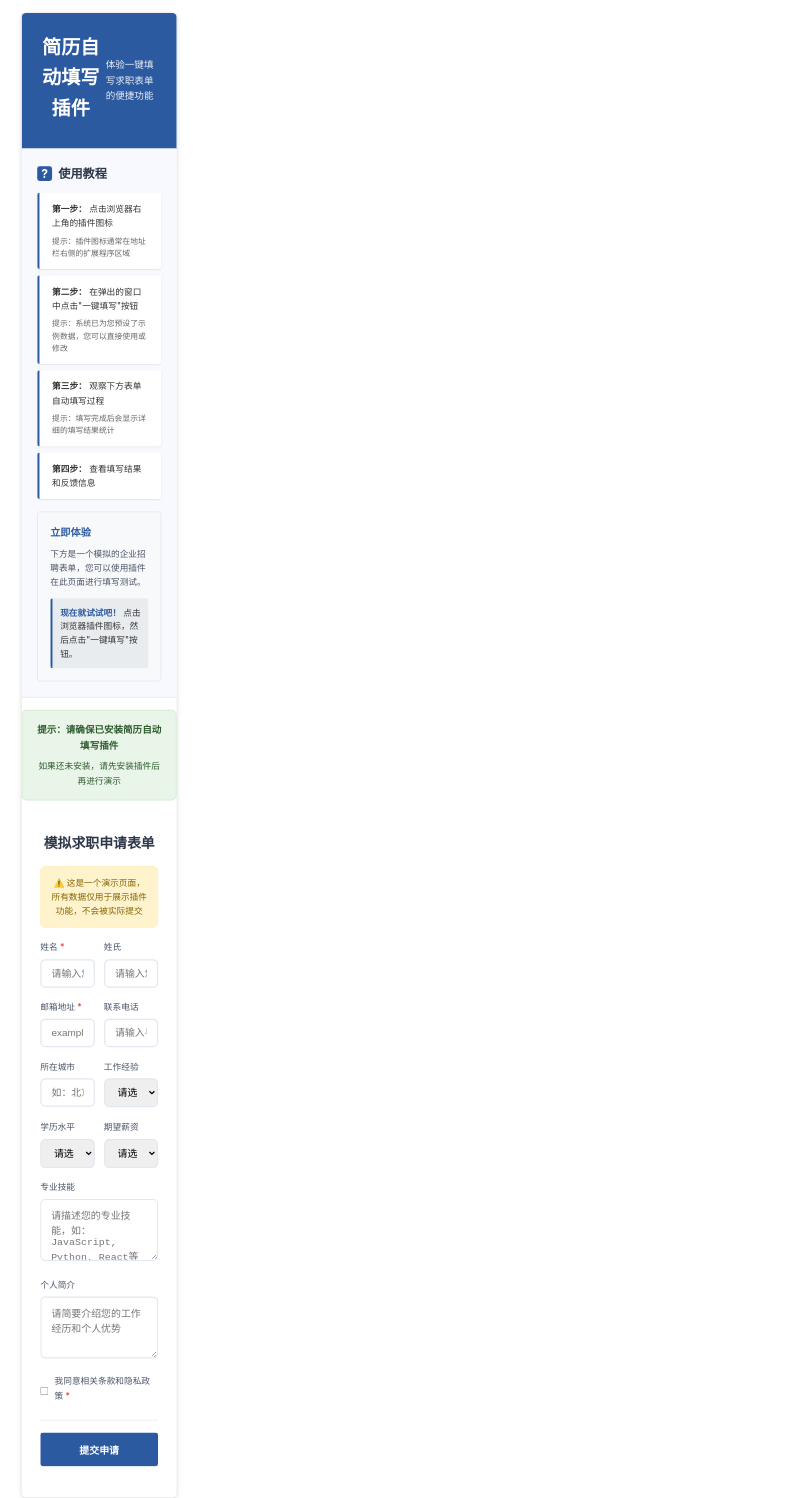
Repository: Zion74/jiancareer-chrome-main-zhn
Page: public/mock-form.html
These files come from the project's save history. The page is drawn as it stood at one moment and after the next save; the edit follows.
The browser window is 1280 px wide. The pictures show the whole page, at 62% of full size.

Above is the page before, as saved 2025-09-09 21:46:00.

After the next save:
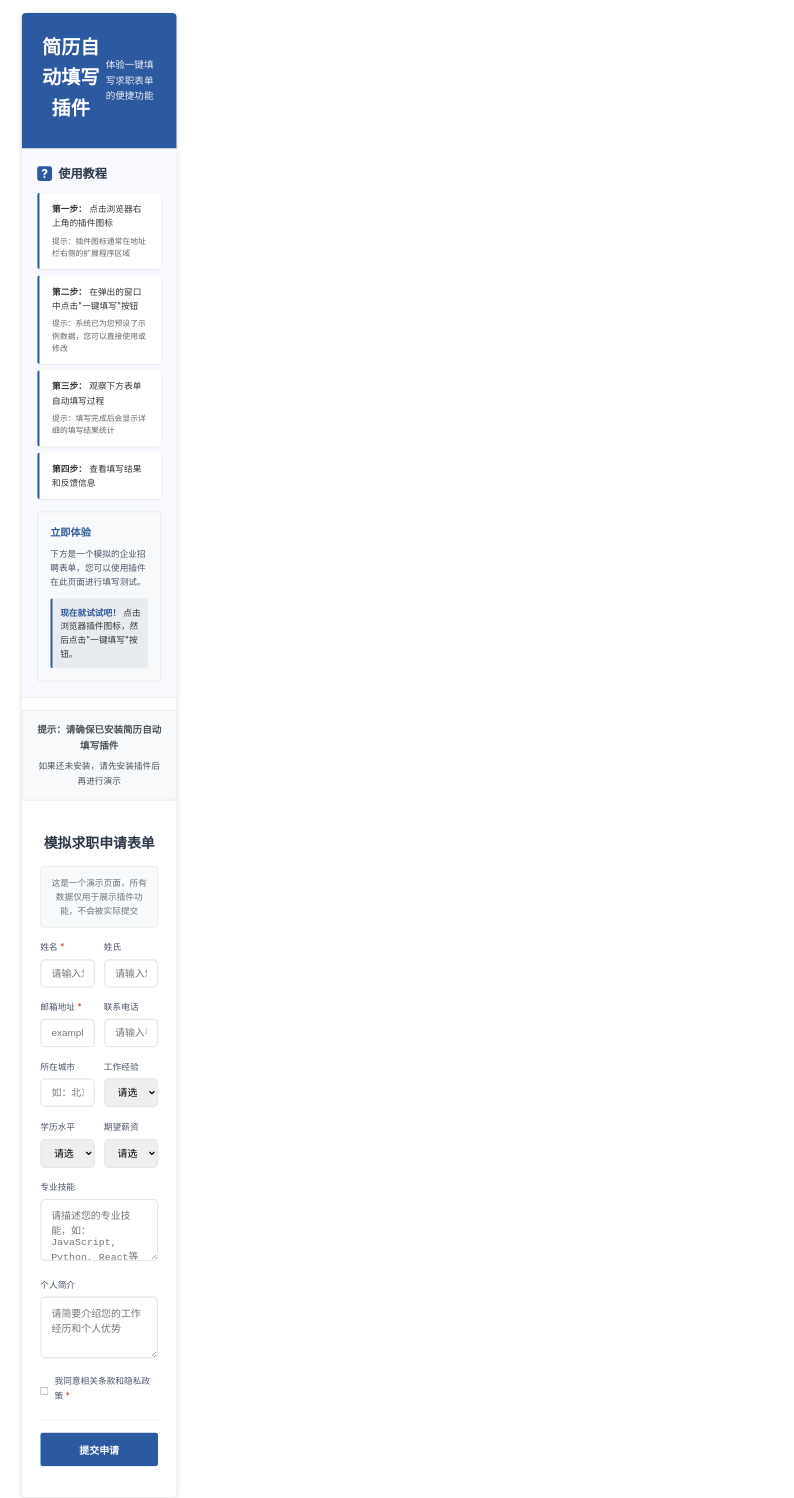
Saved 12 s later.
--- a/public/mock-form.html
+++ b/public/mock-form.html
@@ -190,22 +190,22 @@
         }
 
         .demo-notice {
-            background: #fff3cd;
-            border: 1px solid #ffeaa7;
-            color: #856404;
+            background: #f8f9fa;
+            border: 1px solid #dee2e6;
+            color: #6c757d;
             padding: 15px;
-            border-radius: 8px;
+            border-radius: 4px;
             margin: 20px 0;
             text-align: center;
             font-weight: 500;
         }
 
         .extension-hint {
-            background: #e8f5e8;
-            border: 1px solid #c3e6c3;
-            color: #2d5a2d;
+            background: #f8f9fa;
+            border: 1px solid #dee2e6;
+            color: #495057;
             padding: 20px;
-            border-radius: 8px;
+            border-radius: 4px;
             margin: 20px 0;
             text-align: center;
         }
@@ -280,7 +280,7 @@
             <h2 class="form-title">模拟求职申请表单</h2>
 
             <div class="demo-notice">
-                ⚠️ 这是一个演示页面，所有数据仅用于展示插件功能，不会被实际提交
+                这是一个演示页面，所有数据仅用于展示插件功能，不会被实际提交
             </div>
 
             <form id="demo-form" action="#" method="post">
